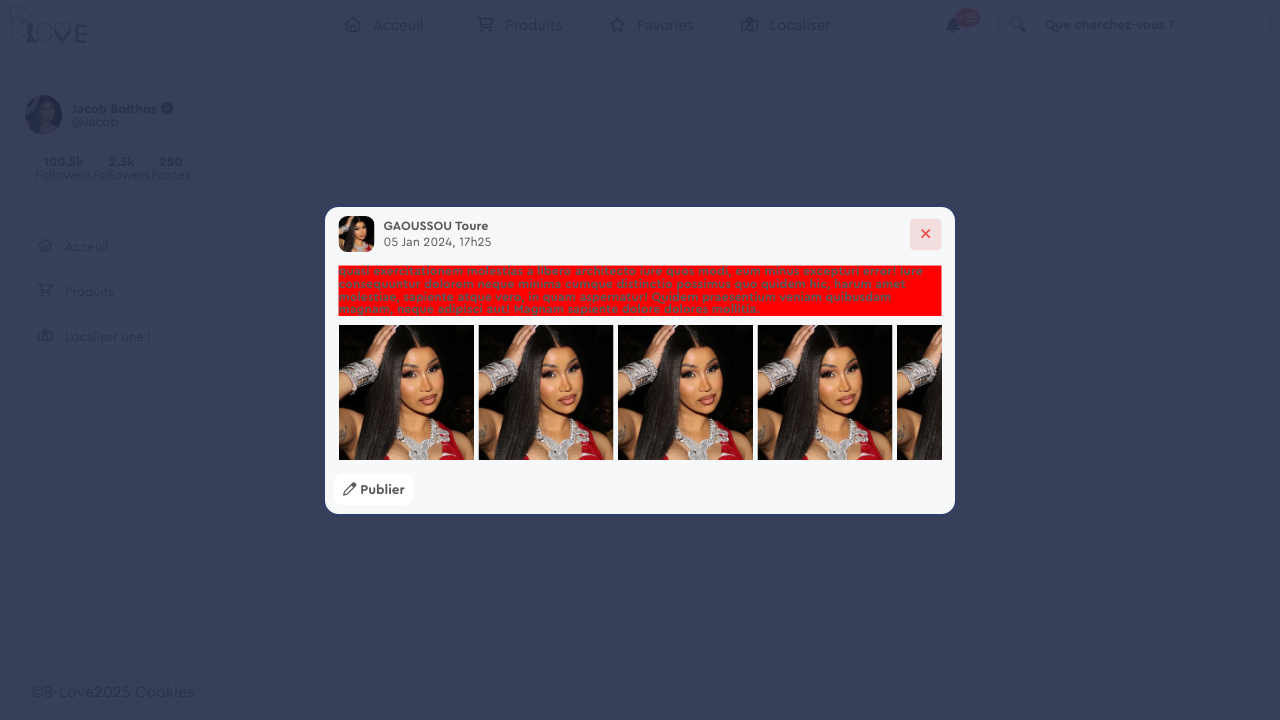
Repository: moomoony-log/b-love
Page: /home
An editor plug-in stored every save of this project. The page is shown before and after the next save, followed by the edit.
The browser window is 1280 px wide. The pictures show the whole page.
Pictures or frames that could not be fetched are drawn as grey boxes. The project was rebuilt for these pictures with package versions that can differ from the ones it lists, and the page was loaded fresh each time. Also part of the build but not shown: vite.config.ts, src/rules/legacy.tsx, src/rules/privacy.tsx, src/components/basic/notification.tsx, src/view/auth.tsx, src/view/main/acceuil.tsx, src/view/main/dashbord.tsx, src/view/main/info-account.tsx and 3 more.

Above is the page before, as saved 2025-10-15 15:04:35.

### index.html
<!--
        ?????????         ?????????        ???????????????????
        ????? ?????     ????? ?????      ??????????   ??????????
        ?????  ?????   ?????  ?????    ????????         ????????
        ?????   ????? ?????   ?????    ??????            ????????
        ?????    ?????????    ?????    ??????            ????????
        ?????      ?????      ?????    ???????          ????????
        ?????                 ?????     ?????????      ????????
        ?????                 ?????        ???????????????????
        ?????                 ?????         ????????????????

    TRAVAIL JUSQU'A CE QU'ON DISE QUE TU ES FRANC-MAÇON
    TRAVAIL JUSQU'A CE QU'ON DISE QUE TU ES FRANC-MAÇON
    TRAVAIL JUSQU'A CE QU'ON DISE QUE TU ES FRANC-MAÇON
-->
<!doctype html>
<html lang="en">
  <head>
    <meta charset="UTF-8">
    <meta name="viewport" content="width=device-width, initial-scale=1.0">
    <meta http-equiv="X-UA-Compatible" content="IE=edge">
    <!-- Inbuilt -->
    <link rel="shortcut icon" href="./img/logoloveb.png" type="image/x-icon">
    <!-- <link rel="stylesheet" href="./vendor/font-awesome-pro/css/all.css">  -->
    <!-- <link rel="stylesheet" href="./css/app.css">  -->
    <title>B!love</title>
  </head>
  <body id="index">
    <div id="main-container"></div>
    <script type="module" src="/src/main.tsx"></script>
  </body>
</html>

### src/main.tsx
import { StrictMode } from 'react'
import { createRoot } from 'react-dom/client'
import App from './app'

createRoot(document.getElementById('main-container')!).render(
  <StrictMode>
    <App />
  </StrictMode>
)

### src/app.tsx

import { createBrowserRouter, RouterProvider } from "react-router-dom";
import Legacy from "./rules/legacy";
import Privacy from "./rules/privacy";
import Main from "./view/main/main";
import Auth from "./view/auth";
import Acceuil from "./view/main/acceuil";
import Dashbord from "./view/main/dashbord";
import "../public/css/app.css"
import "../public/vendor/font-awesome-pro/css/all.css"
import InfoAccount from "./view/main/info-account";
import Account from "./view/main/account";
import BecomeToMember from "./view/main/becomeToMember";
import Product from "./view/main/product";

// import Auth from "./view/auth";

const router =  createBrowserRouter([
	{
		path:'/',
		element:<Auth/>
	},
	{
		path:'/legacy',
		element:<Legacy/>
	},
	{
		path:'/privacy',
		element:<Privacy/>
	},
	{
		path:'/home',
		element:<Main/>,
		children:[
			{
				path:'acceuil',
				element: <Acceuil/>
			},
			{
				path:'dashbord',
				element: <Dashbord/>,
			},
			{
				path: 'product',
				element: <Product/>
			},
			{
				path:'check',
				element: <div>Localisation</div>
			},
			{
				path:'client',
				element: <InfoAccount/>,
				children: [
					{
						path:'compte',
						element: <Account/>
					},
					{
						path:'devenir_membre',
						element: <BecomeToMember/>
					},

				]
			}

		]
	}
])

// --> POINT D'ENTREE DANS L'APP(INDEX --> AUTH)
function App() {
	return <RouterProvider router={router}/>
}

export default App

### src/components/basic/button.tsx
// --> BUTTON COMPONENTS

import { forwardRef } from "react"
import { NavLink, useLocation } from "react-router-dom";

interface buttonProps {
    type: 'submit' | 'button',
    name?: string,
    icon?:string,
    color?: string,
    outline?: string,
    small?: 'small' | 'small-1' | 'small-2' | 'small-3',
    navigate?: string,
    children: boolean,
    border?: boolean,
    to: string | false,
    inner?:string,
    disable?:boolean,
    onclick?: () => unknown
}

const Button = forwardRef<HTMLButtonElement, buttonProps>(
  ({ name, icon, color, outline, small, navigate, inner, disable, children,border, to, onclick }, ref) => {
    const location = useLocation()
    return (
      <button
        ref={ref}
        type="button"
        className="ui-btn"
        name={name}
        color={color}
        {...(outline ? { "data-outline": "" } : {})}
        {...(disable ? { disabled: true } : {})}
        {...(navigate ? { "data-navigate": "" } : {})}
        {...(inner ? { "data-inner": "" } : {})}
        {...(small ? { "data-size" : small} : {})}
        {...(border ? { "data-border": "" } : {})}
        {...(to && location.pathname === to ? { "data-active": "" } : {})}
        onClick={onclick}
      >
        { (!children && !to ) && name } { icon && (!children && !to ) && <i className={icon}></i> }

        { (children && to) && <NavLink to={to}>  <i className={icon}></i>  {name} </NavLink> }

      </button>
    );
  }
);

export default Button

### src/components/basic/modals/pubItem.tsx
// --> Item Publication Modal

const ItemPub = () => {
    return(
        <>
        <div className="modal" data-name="pub-item" data-show>
                <div className="box">
                    <div className="modal-head">
                        <div className="title">
                            <div className="cont-account-img" data-name="pub-item"><img src="../img/cardi_b.webp"/></div>
                            <div className="identity">
                                <span>GAOUSSOU Toure</span>
                                <span>05 Jan 2024, 17h25</span>
                            </div>
                         </div>
                        <span className="exit"><i className="fa-solid fa-xmark"></i></span>
                    </div>
                    <div className="body">
                        <div className="about-pub" data-data>
                             quasi exercitationem molestias a libero architecto iure quos modi, eum minus excepturi error! Iure consequuntur dolorem neque minima cumque distinctio possimus quo quidem hic, harum amet molestiae, sapiente atque vero, in quam aspernatur! Quidem praesentium veniam quibusdam magnam, neque adipisci aut! Magnam sapiente dolore dolores mollitia.
                        </div>
                        <div className="medias-cont">
                            <div className="cont-account-img" data-name="pub-item-img"><img src="../img/cardi_b.webp"/></div>
                            <div className="cont-account-img" data-name="pub-item-img"><img src="../img/cardi_b.webp"/></div>
                            <div className="cont-account-img" data-name="pub-item-img"><img src="../img/cardi_b.webp"/></div>
                            <div className="cont-account-img" data-name="pub-item-img"><img src="../img/cardi_b.webp"/></div>
                            <div className="cont-account-img" data-name="pub-item-img"><img src="../img/cardi_b.webp"/></div>
                            <div className="cont-account-img" data-name="pub-item-img"><video src="../videos/Standard_Mode_Le_b_b__sirote_son_champagne_en_.mp4" ></video></div>
                            <div className="cont-account-img" data-name="pub-item-img"><video src="../videos/Standard_Mode_Le_b_b__sirote_son_champagne_en_.mp4" ></video></div>
                        </div>

                    </div>
                    <div className="controler">
                        <button type="button" className="ui-btn" name=""  data-size="large"  color=""> <i className="fa-regular fa-pen"></i> Publier</button>
                    </div>
                </div>
            </div>
        </>
    )
}

export default ItemPub

### public/css/config/config.css
/* Style global de configuration */

/* Police d'ecriture */
/* Cera */
@font-face{
    font-family: 'Cera';
    src: url('../../font/cera-round-pro/CeraRoundPro-Bold.otf');
    font-weight: bold;
}
@font-face {
    font-family: 'Cera';
    src: url('../../font/cera-round-pro/CeraRoundPro-Regular.otf');
    font-weight: normal;
}

/* body{
    display: flex !important;
    padding: 5px;
    height: 100%;
    width: 100%;
    position: absolute;
    top: 0;
    left: 0;
    overflow: hidden;
} */
body *{
    box-sizing: border-box;
    font-family: 'Cera', sans-serif;
    font-weight: bold;
}

button:focus, input:focus, textarea:focus, select:focus {
    outline: none;
}

button {
    cursor: pointer;
    border: none;
}

h1, h2, h3, h4, h5, p {
    color: inherit;
    margin: 0;
    padding: 0;
    text-decoration: inherit;
}

img{
    height: inherit;
    max-width: 100%;
}

### public/css/component/components.css
 /* Imporation des dependances */
 @import url('input.css');
 @import url('button.css');
 @import url('img.css');
 @import url('notification.css');
 @import url('loader.css');
 @import url('table.css');
 @import url('./modals/modal.css');

 @keyframes text{
    0%{
        transform: translateX(100%);
    }
    100%{
        transform: translateX(-100%);
    }
 }

### public/css/views.css
/* --> Css relative à toutes les vues communes  */
@import url('views/auth.css');
@import url('views/legacy.css');
@import url('views/privacy.css');

### public/css/animation.css
@keyframes reotateInner {
    from {
       transform: rotate(0);
    }
    to{
       transform: rotate(180deg);
    }
 }
 @keyframes Online {
    0%, 100% {
       transform: scale(1.5);
       opacity: 1;

    }
    50% {
       transform: scale(0.5);
       /* opacity: 0.5; */
    }
 }
  @keyframes Online2 {
    0%, 100% {
       opacity: 1;

    }
    50% {
       opacity: 0.5;
    }
 }
 @keyframes spin {
   0%{
      transform: rotate(0deg);
   }
   100%{
      transform: rotate(360deg);
   }

 }
  @keyframes opa {
   0%{
      opacity: .4;
   }
   100%{
      opacity: 1;
   }

 }

### public/css/utils/utils.css
@import url('variable.css');
@import url('helper.css');

### public/css/utils/variable.css
/* Variables */
:root{
    --color-white: #ffffff;
    --color-gray-soft: #F6F8FA;
    --color-gray-medium: #b0b0b0;
    --color-gray-hard: #595959;
    --color-gray-hard-1: #7f7f7f;
    /* --color-gray-hard-3: #d4d2d246; */
    --color-gray-hard-3: #f2f2f2e7;
    --color-gray-hard-5: #f2f2f2;
    --color-gray-hard-4: #5959592f;
    --color-blue-lite: #dbf5ff;
    --color-blue-soft: #00B0F0;
    --color-blue-soft-2: #9ab9dc;
    --color-blue-hard: #2A6EBB;
    --color-green-lite: #aefecf;
    --color-green-lite-2: #80d6a4;
    --color-green-hard: #41cf7c;
    --color-red-lite: #ffcdcd;
    --color-red-soft: #f58e8e;
    --color-red-hard: #f25353;
    --shadow-one: 0 0 5px #eee;
    --shadow-two: 0 0 5px #84b1c3;
    --shadow-3: 0 0 4px #bababa;
    --bezier-1: cubic-bezier(0.68, -0.55, 0.27, 1.55);
}

### public/css/utils/helper.css
/* cool-scroll-bar */
.cool-scroll-bar::-webkit-scrollbar{
    width: 3px;
    height: 3px;
    border-radius: 50px !important;
    background-color: var(--color-gray-soft);
    box-shadow: 0 0 5px var(--color-gray-soft);
}
.cool-scroll-bar::-webkit-scrollbar-thumb{
    background-color: var(--color-gray-medium);
    border-radius: 50px !important;
}

### public/css/views/legacy.css
.legacy {
    z-index: 10;
    height: 100%;
    padding: 20px;
    overflow: auto;
}
.legacy p{
    font-size: 40px;
}

### public/css/views/privacy.css
.privacy {
    z-index: 10;
    height: 100%;
    padding: 20px;
    overflow: auto;
}
.privacy p{
    font-size: 40px;
}

### public/css/component/notification.css
/* CSS DES GRILLES DE NOTIFICATIONS */
#notification{
    position: absolute;
    right: 0;
    z-index: 900;
    width: 350px;
    bottom: 0;
    padding: 5px;
    display: flex;
    justify-content: flex-end;
    align-items: center;
    flex-direction: column;
    gap: 10px;
}

#notification .notif-item{
    width: 320px;
    max-height: 60px;
    box-sizing: border-box;
    background-color: var(--color-white);
    display: none;
    align-items: center;
    overflow: hidden;
    gap: 5px;
    padding: 10px;
    border-radius: 10px;
    opacity: 0;
    transform: scale(0);
    box-shadow: 0 0 7px -2px var(--color-gray-hard-1);
    transition: transform .3s cubic-bezier(0.68, -0.55, 0.27, 1.55), opacity .2s ease-in-out, max-height .3s ease-in-out;
}
#notification .notif-item .notif-text-content{
    margin-right: auto;
}

#notification .notif-item[data-show]{
    opacity: 1;
    transform: scale(1);
    display: flex;
}

#notification .notif-item .icon{
    height: 35px;
    width: 35px;
    line-height: 35px;
    text-align: center;
    font-size: 15px;
    border-radius: 50%;
    position: relative;
    z-index: 2;
    color: var(--color-white);
}

#notification .notif-item .icon::before{
    position: absolute;
    text-align: center;
    left: 0;
    font-size: 35px;
    content: '\f335';
    font-family: 'Font Awesome 6 Pro';
    z-index: -1;
}

#notification .notif-item .exit{
    text-align: center;
    margin-left: 5px;
    border-radius: 50%;
    cursor: pointer;
    color: #cccccc;
}

#notification .notif-item[data-name="exit"] {
    border-left: 5px solid var(--color-red-soft);
}
#notification .notif-item[data-name="exit"] .exit{
    color: var(--color-red-soft);
}
#notification .notif-item[data-name="good"] .exit{
    color: var(--color-green-lite-2);
}
#notification .notif-item[data-name="exit"]:hover{
    box-shadow: 0 0 7px -2px var(--color-red-hard);
}
#notification .notif-item[data-name="good"]:hover{
    box-shadow: 0 0 7px -2px var(--color-green-hard);
}
#notification .notif-item[data-name="await"]:hover{
    box-shadow: 0 0 7px -2px var(--color-gray-hard);
}
.notif-item[data-name="exit"] .icon::before{
    color: var(--color-red-soft);
}
#notification .notif-item[data-name="await"]{
    border-left: 5px solid #cccccc;
}
.notif-item[data-name="good"] .icon::before{
    color: var(--color-green-lite-2);
}
.notif-item[data-name="await"] .icon::before{
    color: #cccccc;
}
#notification .notif-item[data-name="good"]{
    border-left: 5px solid var(--color-green-lite-2);
}
#notification .notif-item .title{
    text-wrap: nowrap;
    color: var(--color-gray-hard-1);
    font-size: 13px;
}
#notification .notif-item .text{
    font-size: 12px;
    display: flex;
    overflow: hidden;
    max-width: 240px;
    text-overflow: ellipsis;
    font-weight: lighter;
}

/* RESPONSIVE STATE */
@media (max-width: 344px) {
    #notification{
        width: 300px;
    }
    #notification .notif-item{
        width: 290px;
        max-height: 80px;
    }
    #notification .notif-item .icon::before{
        left: -2px;
    }
}

### public/css/component/loader.css

/* CSS DU COMPOSANT DE CHRAGEMENT */
#loader{
    position: absolute;
    display: flex;
    flex-direction: column;
    width: 100%;
    gap: 10px;
    height: 100%;background-color: rgba(255, 255, 255, 0.744);
    justify-content: center;
    align-items: center;
    z-index: 1000;
}

#loader .spinner{
    height: 60px;
    width: 60px;
    display: flex;
    justify-content: center;
    align-items: center;
    position: relative;
    animation: spin 2s linear infinite;
}
#loader .spinner::before{
    content: '';
    height: 100%;
    width: 100%;
    position: absolute;
    border-radius: 50%;
    border: solid 4px var(--color-gray-hard-3);
}
#loader .spinner::after{
    content: '';
    height: 100%;
    width: 100%;
    position: absolute;
    border-radius: 50%;
    border: solid 4px transparent;
    border-left-color:var(--color-gray-hard-1);
    animation: spin 0.8s linear infinite, opa 0.8s ease-in-out infinite alternate-reverse;
}
#loader img{
    width: 95px;
    height: 50px;
}
#loader i{
    font-size: 20px;
}
#loader .i{
   background-color: var(--color-gray-hard-);
   padding: 7px;
   display: flex;
   align-items: center;
   justify-content: center;
   border-radius: 5px;
}

### public/css/component/table.css
.infos-personnels[data-name="statut"] .availability table{
    border-collapse: collapse;
    width: 100%;
    background-color: var(--color-white);
    text-align: center;
    font-size: 13px;
}
.availability table th,
.availability table td{
    height: 40px;
    padding: 3px;
}
.availability table td:last-child{
    text-align: right;
}
.availability table tbody tr:hover{
    background-color: var(--color-gray-hard-3);
}

.cont-my-post table{
    width: 100%;
    border-spacing: 0 5px;
    background-color: var(--color-white);
    text-align: center;
    padding: 5px;
    border-radius: 5px;
}
.cont-my-post table tbody td:last-child button{
    background-color: white;
    margin-left: 5px;
}
.cont-my-post table tbody tr:hover td{
    background-color: var(--color-white);
}
.cont-my-post table tbody tr:hover td:last-child button{
    background-color: var(--color-gray-hard-3);
}

.cont-my-post table tbody td{
    padding: 5px;
    background-color: var(--color-gray-hard-3);
    font-weight: lighter;
    margin: 10px;
}
.cont-my-post table tbody td:last-child{
    text-align: right;
}


@media (max-width: 855px) {
    .cont-my-post table{
        font-size: 12px;
    }
    .cont-my-post table tbody td:last-child{
        display: flex;
        flex-direction: column;
        margin: 0;
        gap: 5px;
    }
}

@media (max-width: 355px) {
    .cont-my-post table tbody td:last-child{
        font-size: 11px;
    }
}

### public/css/component/modals/modal.css
/* @import url('./modals/registration.css'); */
@import url('./publication.css');
@import url('./pubItem.css');
@import url('./confirm.css');

#modals .modal{
    position: fixed;
    display: none;
    align-items: center;
    left: 0;
    top: 0;
    justify-content: center;
    height: 100%;
    width: 100%;
    background-color: #262f4ae8;
    z-index: 1000;
    transition: opacity .6s ease-in-out;
    animation: show-modal .5s ease-in-out;
 }
.modal .box{
    background-color:var(--color-gray-soft);
    min-width: 300px;
    max-width: 1300px;
    min-height: 270px;
    box-shadow: 0 0 5px 0px #263b80;
    padding: 10px;
    border-radius: 15px;
    opacity: 1;
    transform: scale(.9);
    flex-direction: column;
    gap: 10px;
    animation: show-box .6s ease-in-out forwards;
}

.modal:active .box{
    animation: show-box .6s ease-in-out forwards, show-cont .1s ease-in-out;
}
 /* Animation > Affichage > Masquage */
.modal[data-show]{
   display: flex !important;
}
.modal[data-show] .box{
   display: flex !important;
}
.modal[hide]{
   opacity: 0;
}
.modal[hide] .box{
    animation: hide-box .5s ease-in-out forwards;
}
.modal .box .modal-head{
   height: 40px;
   display: flex;
   padding: 0 5px;
   justify-content: space-between;
   align-items: center;
}
.box .modal-head .title i{
   height: 25px;
   width: 25px;
   line-height: 25px;
   text-align: center;
   border-radius: 5px;
   color: var(--color-white);
   background-color: var(--color-gray-hard-1);
}
.box .modal-head .exit i{
   color: var(--color-red-hard);
   cursor: pointer;
   height: 35px;
   width: 35px;
   line-height: 35px;
   text-align: center;
   background-color: rgb(242, 222, 222);
   border-radius: 5px;
}
.modal .box .body{
   min-height: 200px;
   border-radius: 10px;
   padding: 5px;
}
.modal .box .controler{
   width: 100%;
   display: flex;
   gap: 30px;
 }

### public/css/component/modals/pubItem.css

.modal[data-name="pub-item"] .box{
    max-width: 700px;
}
.modal[data-name="pub-item"] .title{
    display: flex;
    gap: 10px;
    align-items: center;
}
.modal[data-name="pub-item"] .body .medias-cont{
    display: flex;
    overflow-y: hidden;
    overflow-x: auto;
    gap: 5px;
    /* background-color: blue;
    height: 250px; */
}
.modal[data-name="pub-item"] .body{
    display: flex;
    flex-direction: column;
    gap: 10px;
}
.modal[data-name="pub-item"] .body .about-pub{
    width: 100%;
    max-height: 100px;
    background-color: red;
    font-size: 14px;
    overflow: hidden;
    display: -webkit-box;
    -webkit-line-clamp: 3;
    -webkit-box-orient: vertical;
    line-clamp: 3;
}
.modal[data-name="pub-item"] .body .about-pub[data-data]{
    -webkit-line-clamp: initial;
    -webkit-box-orient: initial;
    line-clamp: initial;

}
.modal[data-name="pub-item"] .title .identity{
    display: flex;
    gap: 3px;
    flex-direction: column;
}
.modal[data-name="pub-item"] .title .identity span{
    font-size: 14px;
}
.modal[data-name="pub-item"] .title .identity span:last-child{
    font-weight: lighter;
}

### public/css/component/modals/confirm.css
.modal[data-name="confirm"] .box .body{
   display: flex;
   background-color: var(--color-white);
   display: flex;
   flex-direction: column;
   justify-content: center;
   align-items: center;
   position: relative;
}
.modal[data-name="confirm"] .box .body::after{
    content: '';
    height: 100%;
    width: 100%;
    border-radius: 10px;
    position: absolute;
    animation: Online2 1s ease-in-out infinite;
}
.modal[data-name="confirm"] .box .body .icon{
    height: 75px;
    width: 75px;
    font-size: 50px;
    line-height: 75px;
    text-align: center;
    border-radius: 10px;
    margin-bottom: 5px;
}
.modal[data-name="confirm"] .box .body .title{
    font-size: 20px;
    margin-bottom: 20px;
}
.modal[data-name="confirm"] .box .body .confirm-text{
    font-weight: lighter;
}

.modal[data-name="confirm"] .box .body[type="exit"]::after{
    background-color: rgba(255, 17, 17, 0.066);
}
.modal[data-name="confirm"] .box .body[type="exit"] .icon{
    box-shadow: 0 0 7px -4px var(--color-red-hard);
    background-color: var(--color-red-lite);
    color: var(--color-red-soft);
}
.modal[data-name="confirm"] .box .body[type="exit"] .title{
    color: var(--color-red-soft);
}

.modal[data-name="confirm"] .box .body[type="good"]::after{
    background-color: rgba(17, 184, 255, 0.077);
}
.modal[data-name="confirm"] .box .body[type="good"] .icon{
    box-shadow: 0 0 7px -4px var(--color-blue-hard);
    background-color: var(--color-blue-lite);
    color: var(--color-blue-soft);
}
.modal[data-name="confirm"] .box .body[type="good"] .title{
    color: var(--color-blue-soft);
}

### src/utils/utils.ts
class Utils {

    static emailValidation(email: string) : boolean {
        const emailRegex :RegExp = /^[^\s@]+@[^\s@]+\.[^\s@]+$/
        return emailRegex.test(email)
    }

    static inputValue(value: string, minLenght: number) : boolean {
        const inputRegex :RegExp = /^[A-Za-zÀ-ÖØ-öø-ÿ\s]+$/

        if (value.length > minLenght && inputRegex.test(value)) return inputRegex.test(value)
        else return false
    }

    static passwordValidation = (value: string):boolean => {
        const passwordRegex: RegExp = /^(?=.*?[A-Z])(?=.*?[a-z])(?=.*?[0-9])(?=.*?[#?!@$%^&*-]).{8,}$/g
        if (passwordRegex.test(value)) return true
        else return false
    }

    static otpValidation = (value: string):boolean => {
        const otpRegex : RegExp = /^[0-9]+$/gm
        if(otpRegex.test(value) && value.length === 1) return true
        else return false
    }

}

export default Utils

Loaded but not shown: public/vendor/font-awesome-pro/css/all.css (library); public/css/app.css (2376 lines, source omitted); src/view/main/main.tsx (184 lines, source omitted); src/components/basic/input.tsx (178 lines, source omitted); public/css/views/auth.css (265 lines, source omitted); public/css/component/input.css (227 lines, source omitted); public/css/component/button.css (206 lines, source omitted); public/css/component/modals/publication.css (141 lines, source omitted); public/css/component/img.css (169 lines, source omitted)

After the next save:
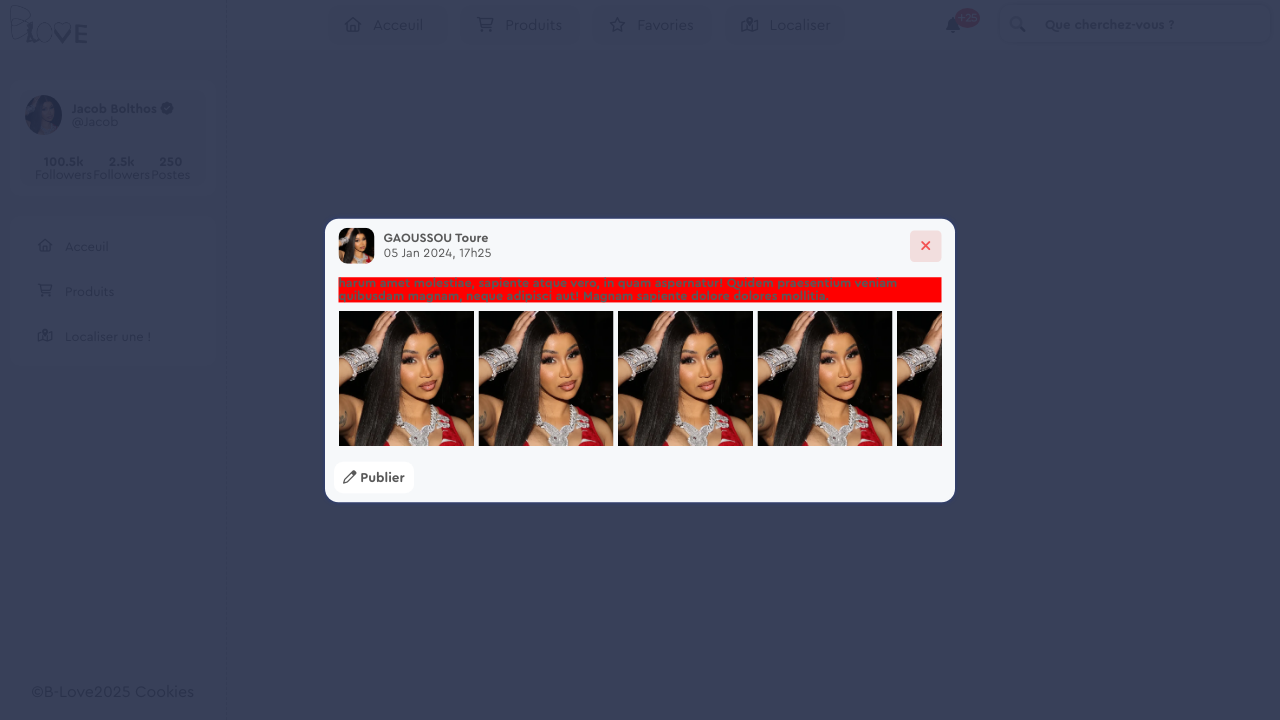
Saved 7 s later.
--- a/src/components/basic/modals/pubItem.tsx
+++ b/src/components/basic/modals/pubItem.tsx
@@ -17,7 +17,7 @@ const ItemPub = () => {
                     </div>
                     <div className="body">
                         <div className="about-pub" data-data>
-                             quasi exercitationem molestias a libero architecto iure quos modi, eum minus excepturi error! Iure consequuntur dolorem neque minima cumque distinctio possimus quo quidem hic, harum amet molestiae, sapiente atque vero, in quam aspernatur! Quidem praesentium veniam quibusdam magnam, neque adipisci aut! Magnam sapiente dolore dolores mollitia.
+                              harum amet molestiae, sapiente atque vero, in quam aspernatur! Quidem praesentium veniam quibusdam magnam, neque adipisci aut! Magnam sapiente dolore dolores mollitia.
                         </div>
                         <div className="medias-cont">
                             <div className="cont-account-img" data-name="pub-item-img"><img src="../img/cardi_b.webp"/></div>
